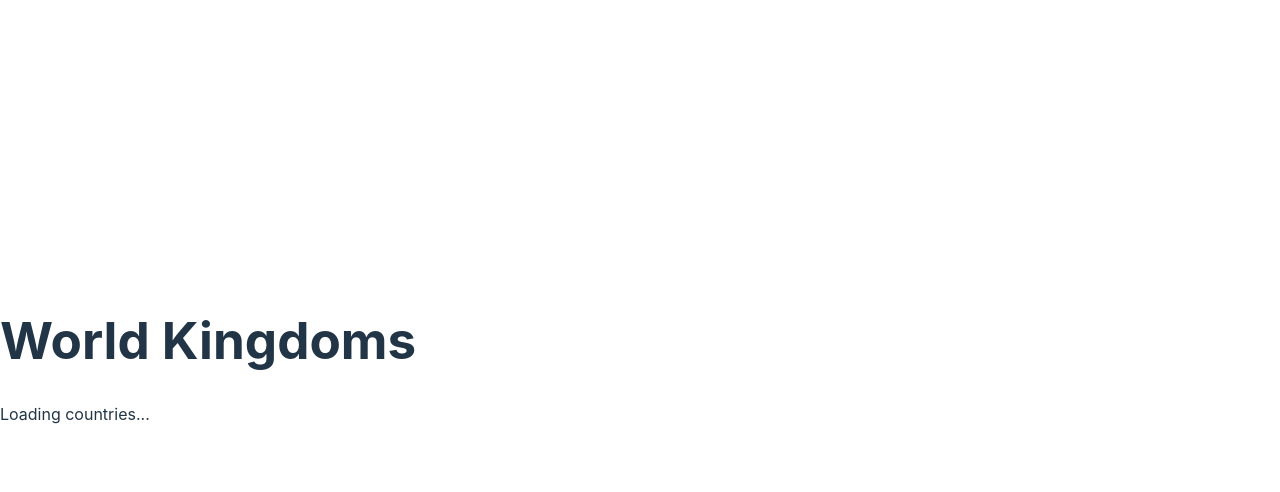
Repository: MelissaJacobi/lab-07
Page: /
These files come from the project's save history. The page is drawn as it stood at one moment and after the next save; the edit follows.
The browser window is 1280 px wide. The pictures show the whole page.
The page's requests for data from a server got no answer. The project was rebuilt for these pictures with package versions that can differ from the ones it lists, and the page was loaded fresh each time. No one was signed in, and anything a server would have sent is missing. Also part of the build but not shown: vite.config.js, src/components/Details.module.css, src/components/Details.jsx.

Above is the page before, as saved 2024-11-23 22:17:19.

### src/App.jsx
import { BrowserRouter as Router, Routes, Route } from "react-router-dom";
import Countries from "./components/Countries";
import Details from "./components/Details";

function App() {
  return (
    <Router>
      <Routes>
        <Route path="/" element={<Countries />}>
          <Route path="countries/:cca2" element={<Details />} />
        </Route>
        <Route path="countries" element={<Countries />} />
      </Routes>
    </Router>
  );
}

export default App;

### src/components/Countries.jsx
import { useEffect, useState } from "react";
import { useNavigate, Outlet } from "react-router-dom";
import styles from "./Countries.module.css"

const Countries = () => {
  const [countries, setCountries] = useState([]);
  const [loading, setLoading] = useState(true);
  const navigate = useNavigate();

  useEffect(() => {
    fetch("https://restcountries.com/v3.1/name/kingdom")
      .then((response) => response.json())
      .then((data) => {
        setCountries(data);
        setLoading(false);
      })
      .catch((error) => console.error("Error fetching data:", error));
  }, []);

  const handleSelection = (event) => {
    const selectedCountry = countries.find(
      (country) => country.cca2 === event.target.value
    );
    if (selectedCountry) {
      navigate(`/countries/${selectedCountry.cca2}`, { state: { data: selectedCountry } });
    }
  };

  return (
    <div>
      <h1>World Kingdoms</h1>
      {loading ? (
        <p>Loading countries...</p>
      ) : (
        <select
          onChange={handleSelection}
          defaultValue=""
          className={styles.dropDown}
        >
          <option value="" disabled>
            Select a country
          </option>
          {countries.map((country) => (
            <option key={country.cca2} value={country.cca2}>
              {country.name.common}
            </option>
          ))}
        </select>
      )}
      <Outlet />
    </div>
  );
};

export default Countries;

### src/components/Countries.module.css
.container {
    width: 50%;
    margin: auto;
}

.dropDown {
    width: 100%;
    padding: 10px 15px;
    border: 1px solid #ccc;
    border-radius: 8px;
    background-color: #f9f9f9;
    color: #333;
    font-size: 16px;
    cursor: pointer;
    appearance: none; /* Remove default browser styles */
    -webkit-appearance: none;
    -moz-appearance: none;
    transition: border-color 0.3s, box-shadow 0.3s;
}

Loaded but not shown: index.html (common file); src/main.jsx (common file); src/index.css (common file)

After the next save:
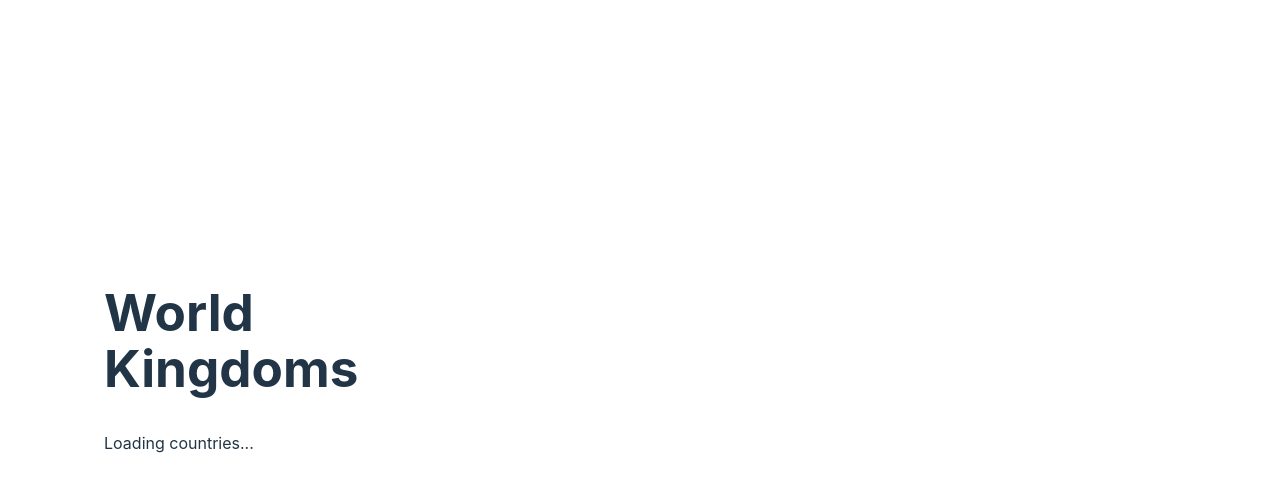
Saved 5 s later.
--- a/src/components/Countries.jsx
+++ b/src/components/Countries.jsx
@@ -27,7 +27,7 @@ const Countries = () => {
   };
 
   return (
-    <div>
+    <div className={styles.container}>
       <h1>World Kingdoms</h1>
       {loading ? (
         <p>Loading countries...</p>
